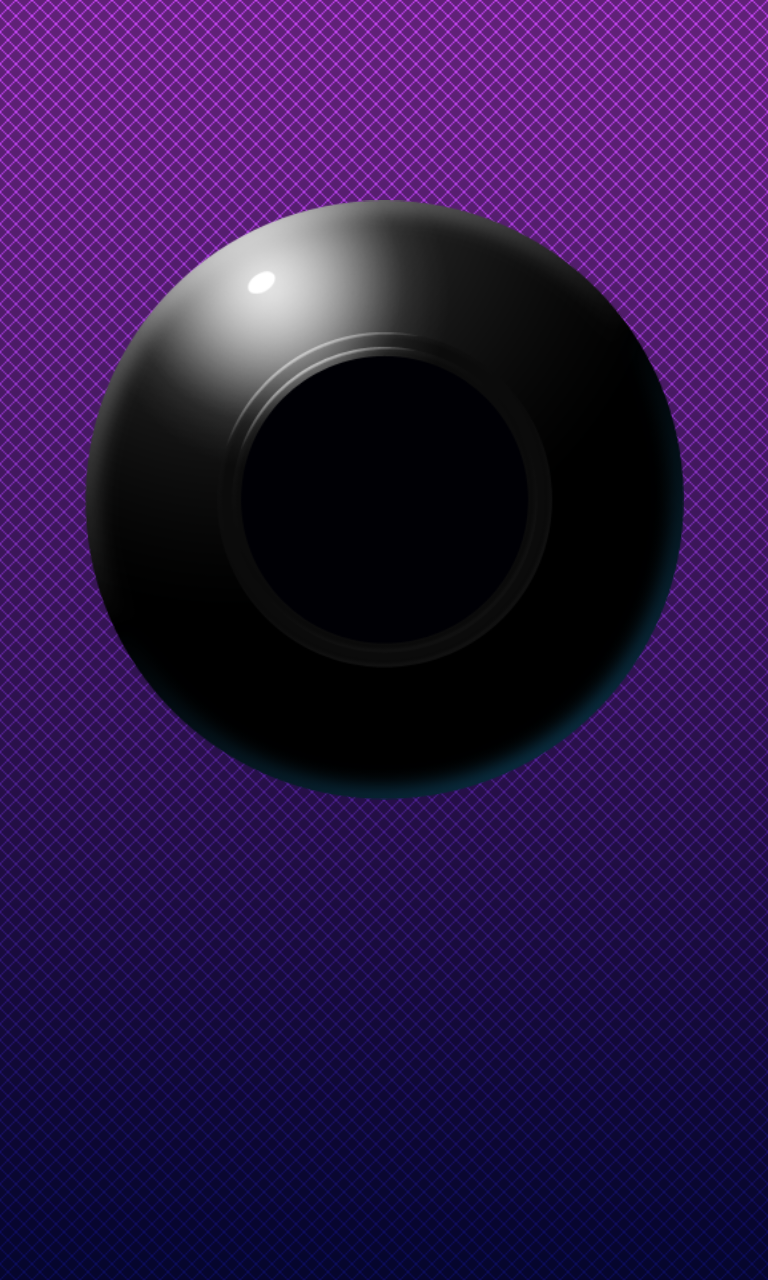
Repository: LimHeeJho/masicBall
Layout: MagicBall/res/layout/activity_main.xml
The author's editor kept a copy of each file at every save. The layout is drawn from the files as they stood at one save, then again after the next save.
It is drawn on a 768 x 1280 px phone screen (xhdpi) without system bars, with theme AppTheme; the app's code is not run.

Above is the layout before, as saved 2013-07-17 08:14:09.

After the next save:
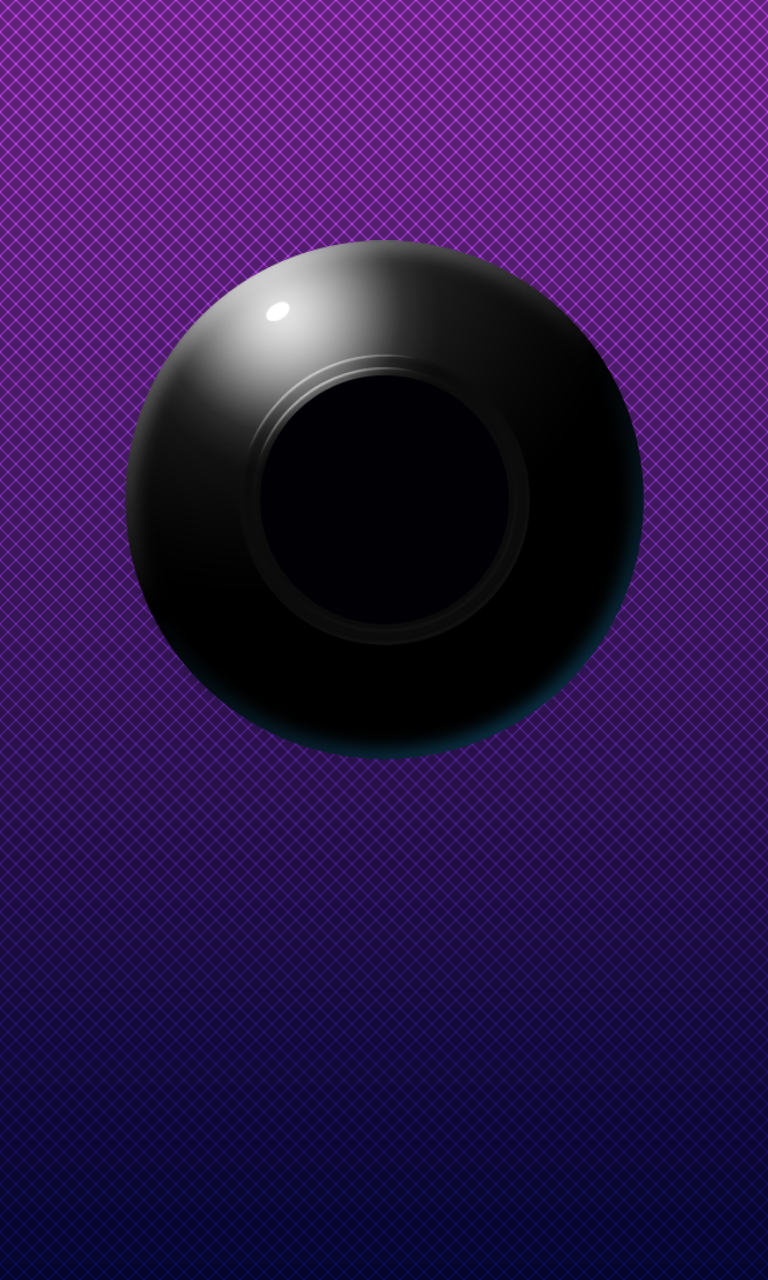
Saved 38 s later.
--- a/MagicBall/res/layout/activity_main.xml
+++ b/MagicBall/res/layout/activity_main.xml
@@ -12,7 +12,7 @@
         android:background="@drawable/background" >
 
         <RelativeLayout
-            android:layout_width="300dp"
+            android:layout_width="260dp"
             android:layout_height="300dp"
             android:layout_marginTop="100dp"
             android:layout_centerHorizontal="true"
